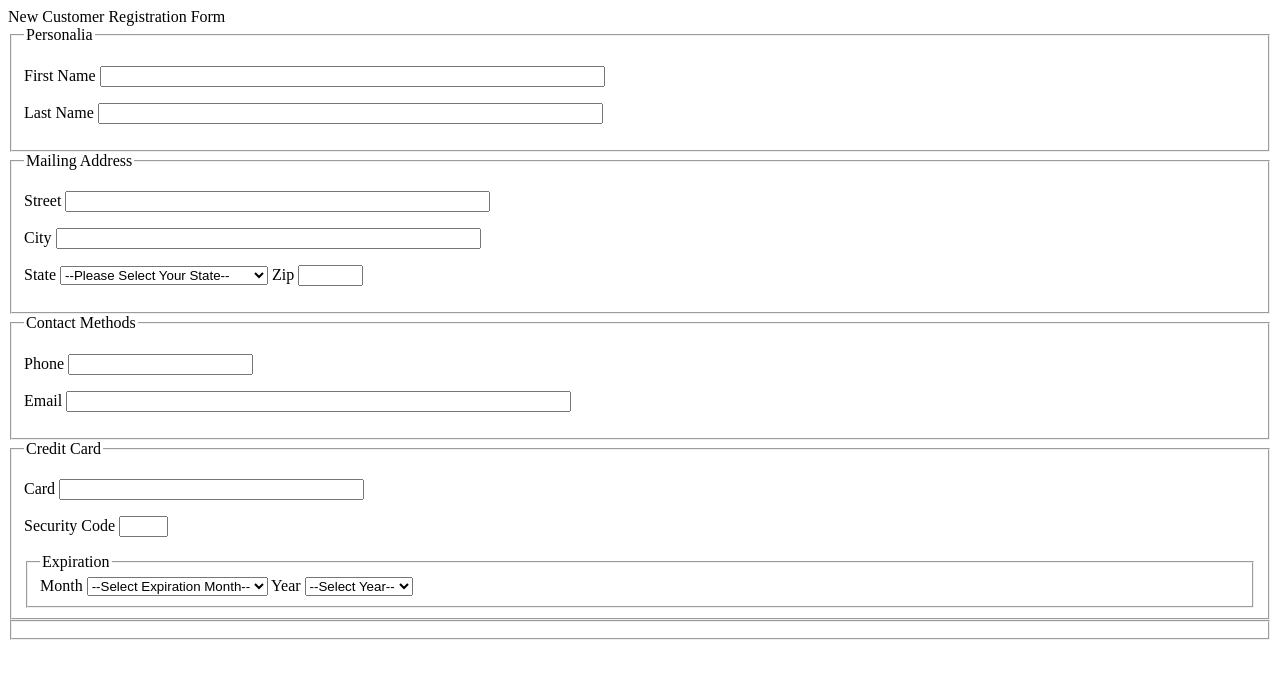
Repository: banjilawal/htdocs
Page: http://localhost/controls/new_customer-form.php
The author's editor kept a copy of each file at every save. The page is drawn from the files as they stood at one save, then again after the next save.
The browser window is 1280 px wide. The pictures show the whole page.
The page is run by PHP 8.4 with error messages shown; the project is at /var/www/html/.

Above is the page before, as saved 2022-03-26 23:57:18.

After the next save:
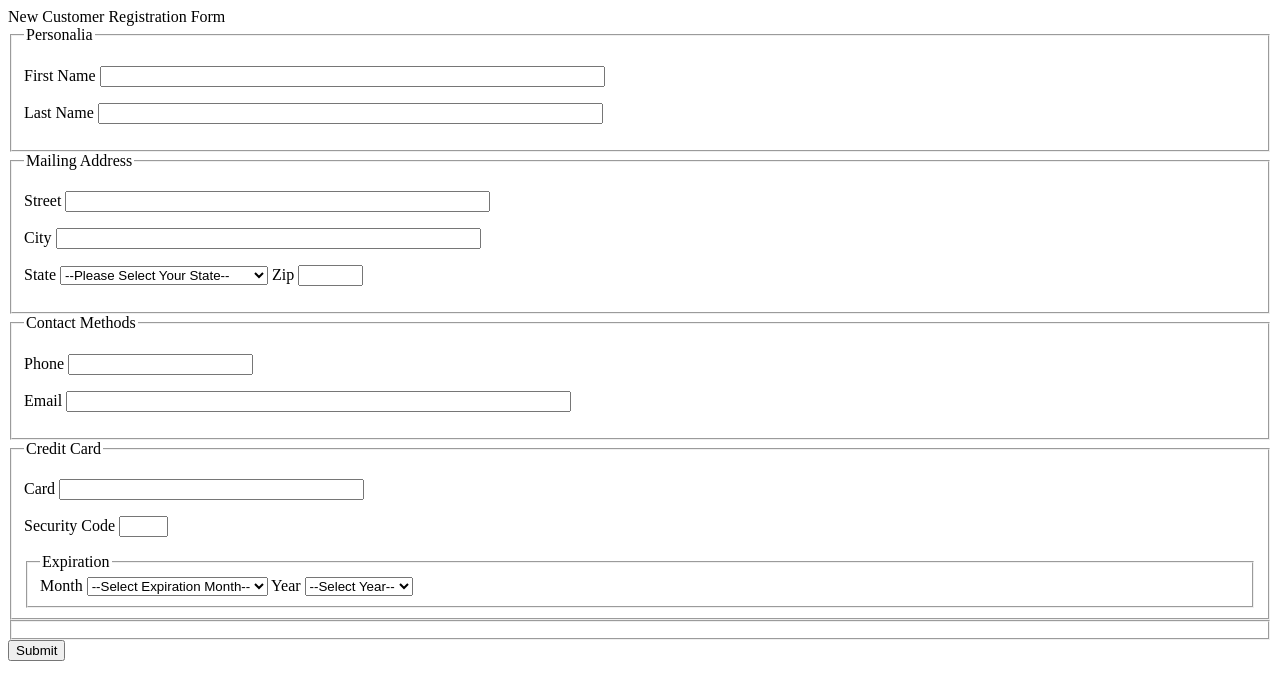
Saved 4 s later.
--- a/shop-0.01/controls/new_customer-form.php
+++ b/shop-0.01/controls/new_customer-form.php
@@ -177,7 +177,9 @@
             </fieldset>
         </fieldset>
 
-        <fieldset
+        <fieldset>
+
+        </fieldset>
 
         <input type="submit" value="Submit">
     </form>
